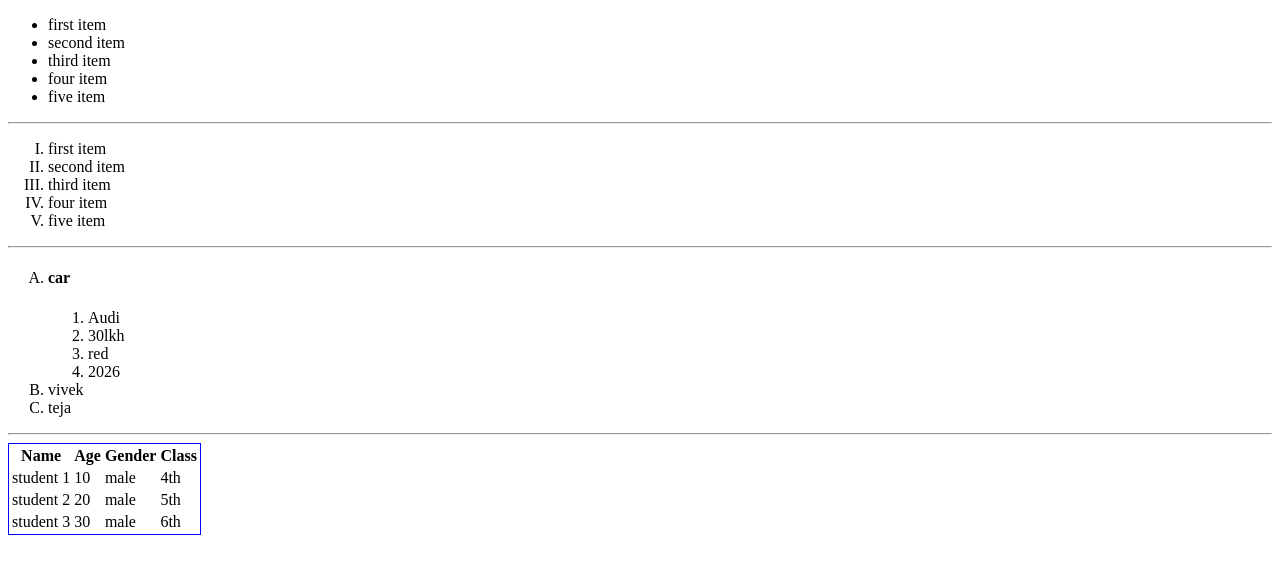
Repository: viveknaidu007/repo-166-Full-Stack-Development-Learning-Notes-Innomatics-2024
Page: module_1-html,css,bootstrap/spet_20_2024/index.html
The author's editor kept a copy of each file at every save. The page is drawn from the files as they stood at one save, then again after the next save.
The browser window is 1280 px wide. The pictures show the whole page.

Above is the page before, as saved 2024-09-21 12:24:16.

### module_1-html,css,bootstrap/spet_20_2024/index.html
<!DOCTYPE html>
<html lang="en">
<head>
    <meta charset="UTF-8">
    <meta name="viewport" content="width=device-width, initial-scale=1.0">
    <title>intro</title>
    <style>
        table{
            border:1px solid blue;
        }
    </style>
</head>
<body>
    <ul>
        <li> first item</li>
        <li> second item</li>
        <li> third item</li>
        <li> four item</li>
        <li> five item</li>
    </ul>

    <hr>

    <ol type="I">
        <li> first item </li>
        <li> second item </li>
        <li> third item </li>
        <li> four item </li>
        <li> five item </li>
    </ol>

    <hr>

    <ol type="A">
        <li>
            <h4> car </h4>
            <ol>
                <li> Audi </li>
                <li> 30lkh </li>
                <li> red </li>
                <li> 2026 </li>
            </ol>
        </li>
        <li> vivek </li>
        <li> teja </li>
    </ol>

    <hr>

    <table>
        <tr>
            <th> Name </th>
            <th> Age </th>
            <th> Gender </th>
            <th> Class </th>
        </tr>

        <tr>
            <td> student 1</td>
            <td> 10 </td>
            <td> male </td>
            <td> 4th</td>
        </tr>

        <tr>
            <td> student 2</td>
            <td> 20 </td>
            <td> male </td>
            <td> 5th</td>
        </tr>

        <tr>
            <td> student 3</td>
            <td> 30 </td>
            <td> male </td>
            <td> 6th </td>
        </tr>


    </table>

</body>
</html>

After the next save:
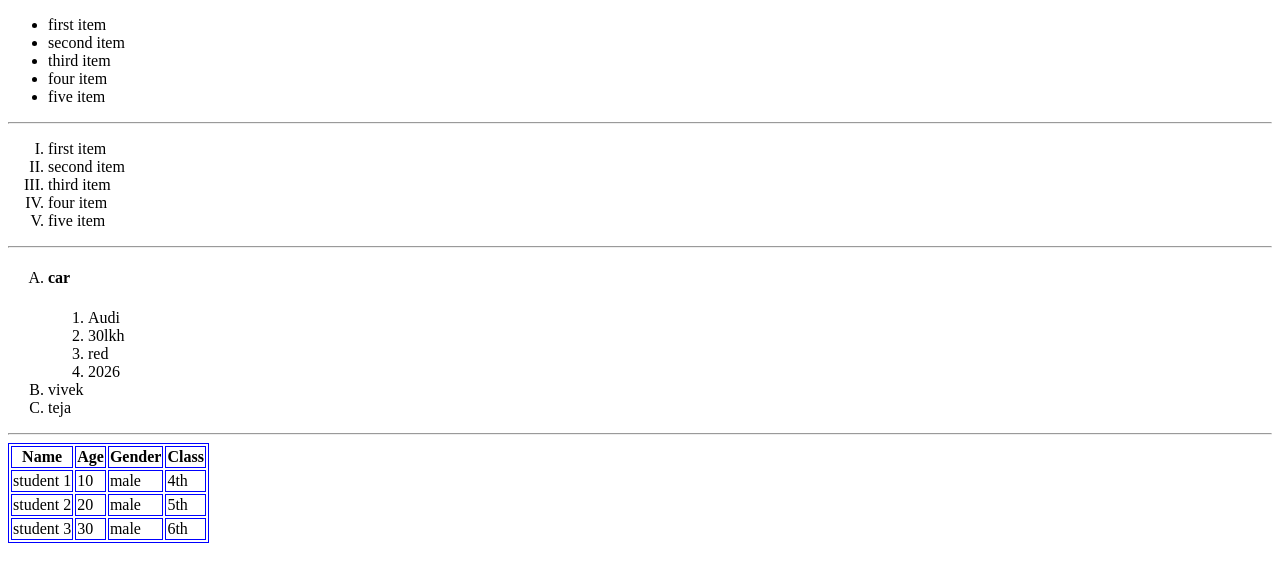
Saved 2 min 26 s later.
--- a/module_1-html,css,bootstrap/spet_20_2024/index.html
+++ b/module_1-html,css,bootstrap/spet_20_2024/index.html
@@ -8,6 +8,13 @@
         table{
             border:1px solid blue;
         }
+        th{
+            border:1px solid blue;
+        }
+        td{
+            border:1px solid blue;
+        }
+
     </style>
 </head>
 <body>
